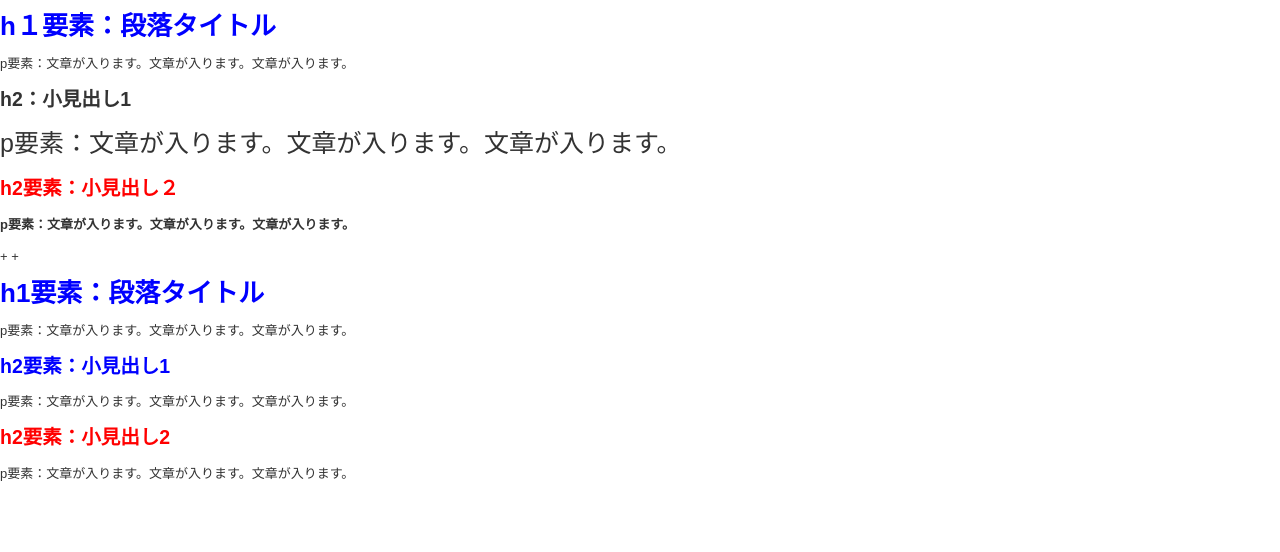
Repository: Habo-10/samurai_HTML-CSS
Page: index.html
The author's editor kept a record of every edit. The page is drawn from the files as they stood at one moment, then again after the next edit.
The browser window is 1280 px wide. The pictures show the whole page.

Above is the page before.

After the next edit:
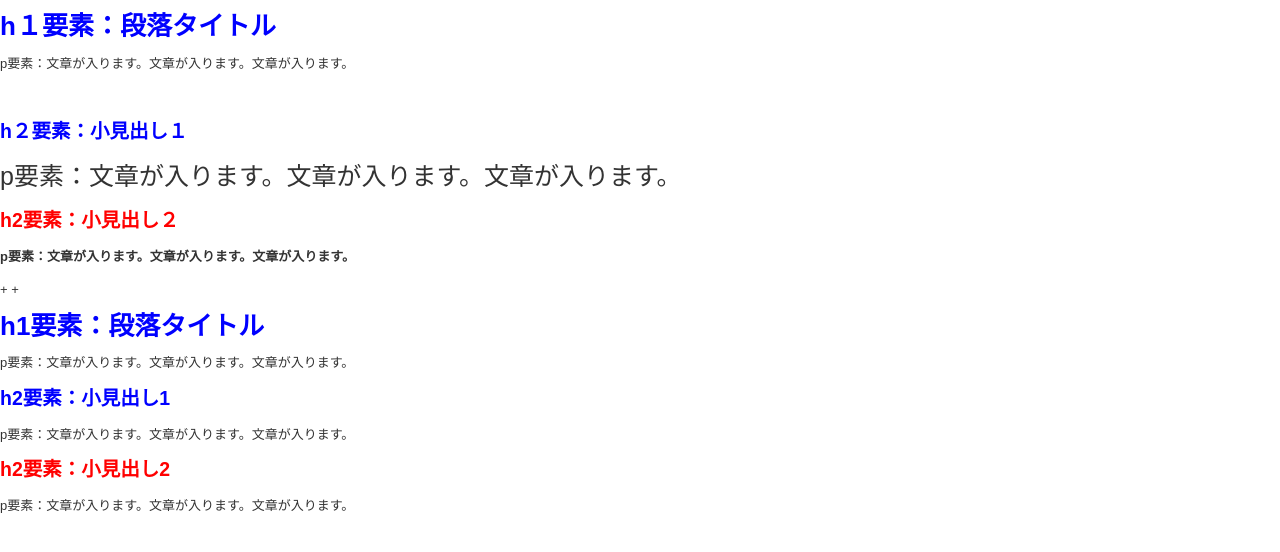
The edit:
--- a/index.html
+++ b/index.html
@@ -15,7 +15,7 @@
   <body>
     <h1 class="blue">h１要素：段落タイトル</h1>
     <p>p要素：文章が入ります。文章が入ります。文章が入ります。</p>
-    <h2>h2：小見出し1</h2>
+　　<h2 class="blue">h２要素：小見出し１</h2>
         <P style="font-size: 25px;">
             p要素：文章が入ります。文章が入ります。文章が入ります。
         </P>
